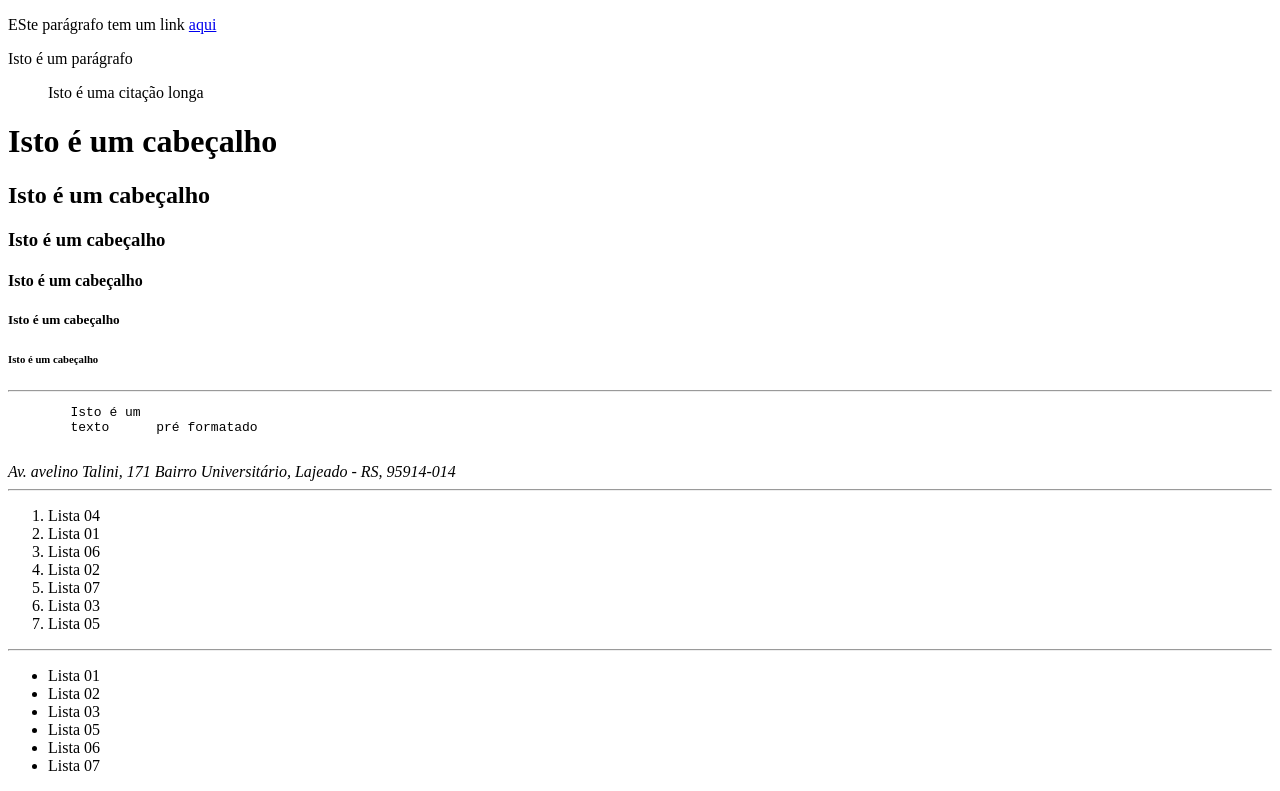
Repository: robsonwssantos/Projeto_Olaria
Page: aula02/index.html
The author's editor kept a copy of each file at every save. The page is drawn from the files as they stood at one save, then again after the next save.
The browser window is 1280 px wide. The pictures show the whole page.

Above is the page before, as saved 2023-04-11 21:21:25.

After the next save:
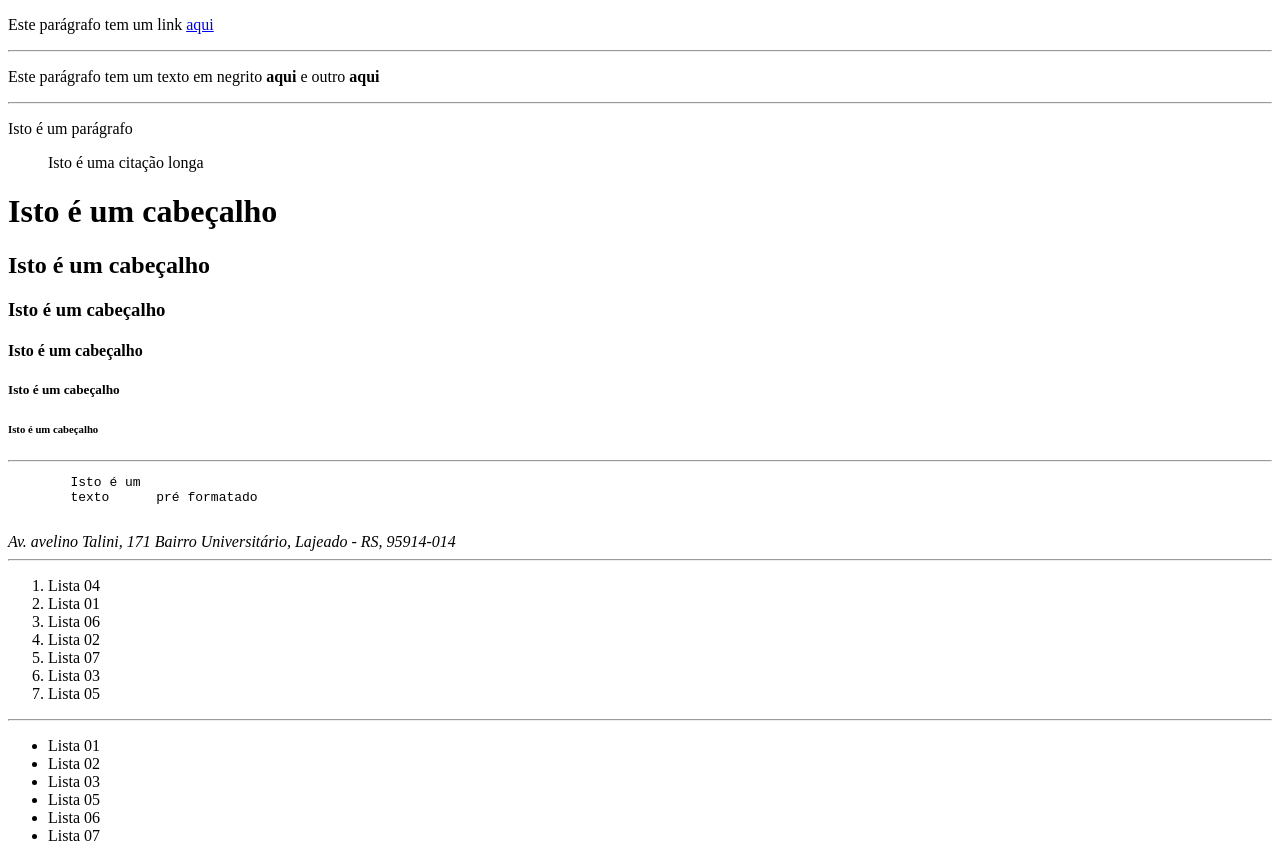
Saved 7 min 30 s later.
--- a/aula02/index.html
+++ b/aula02/index.html
@@ -8,8 +8,11 @@
 </head>
 <body>
     <p>
-        ESte parágrafo tem um link <a href="https://google.com"> aqui</a>
+        Este parágrafo tem um link <a href="https://google.com" target="_blank"> aqui</a>
     </p>
+    <hr>
+    <p>Este parágrafo tem um texto em negrito <b> aqui </b> e outro <strong>aqui</strong></p>
+    <hr>
     <p>Isto é um parágrafo</p>
     <blockquote>Isto é uma citação longa</blockquote>
     <h1>Isto é um cabeçalho</h1>
